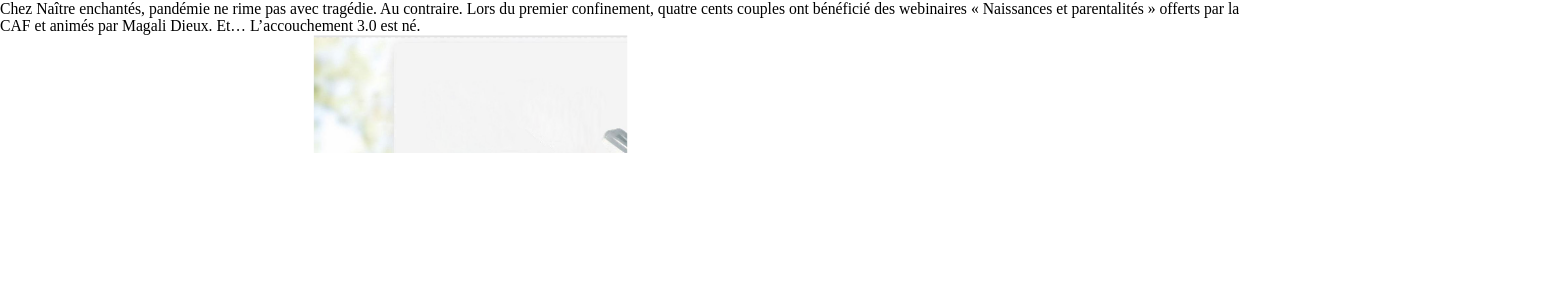
Repository: clairedupuich/kong_jian
Page: sllider_simple/index.html
An editor plug-in stored every save of this project. The page is shown before and after a run of saves, followed by the edit.
The browser window is 1280 px wide. The page is 1280 px wide, then 1600 px, so the pictures cover 1600 px, including what lies to the right of the window. The pictures show the whole page, at 98% of full size.

Above is the page before, as saved 2020-12-07 22:35:48.

After the next 2 saves:
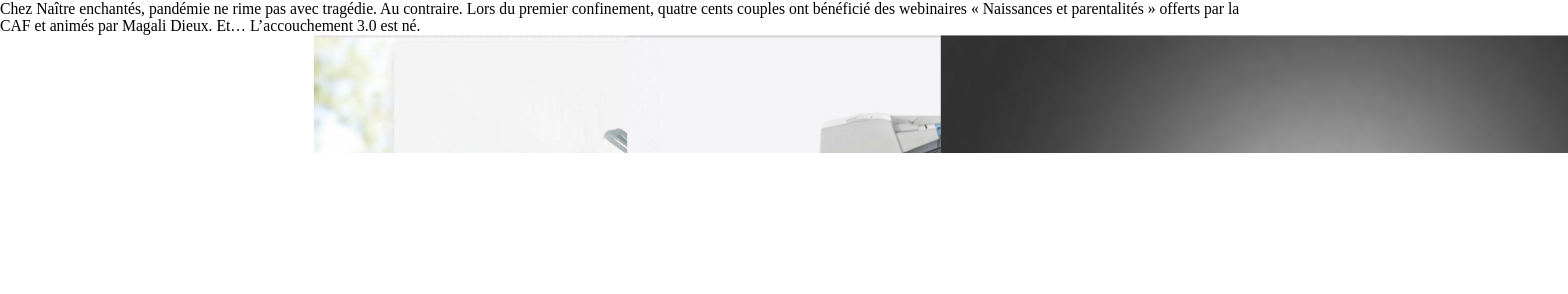
The 2 saves are shown as one change because they came seconds apart.
The last was saved 22 s later.
--- a/sllider_simple/style.css
+++ b/sllider_simple/style.css
@@ -9,7 +9,7 @@ ul {
 
 #view {
     position: relative;
-    width: 320px;
+    width: 100%;
     height: 120px;
     margin-left: 320px;
 
